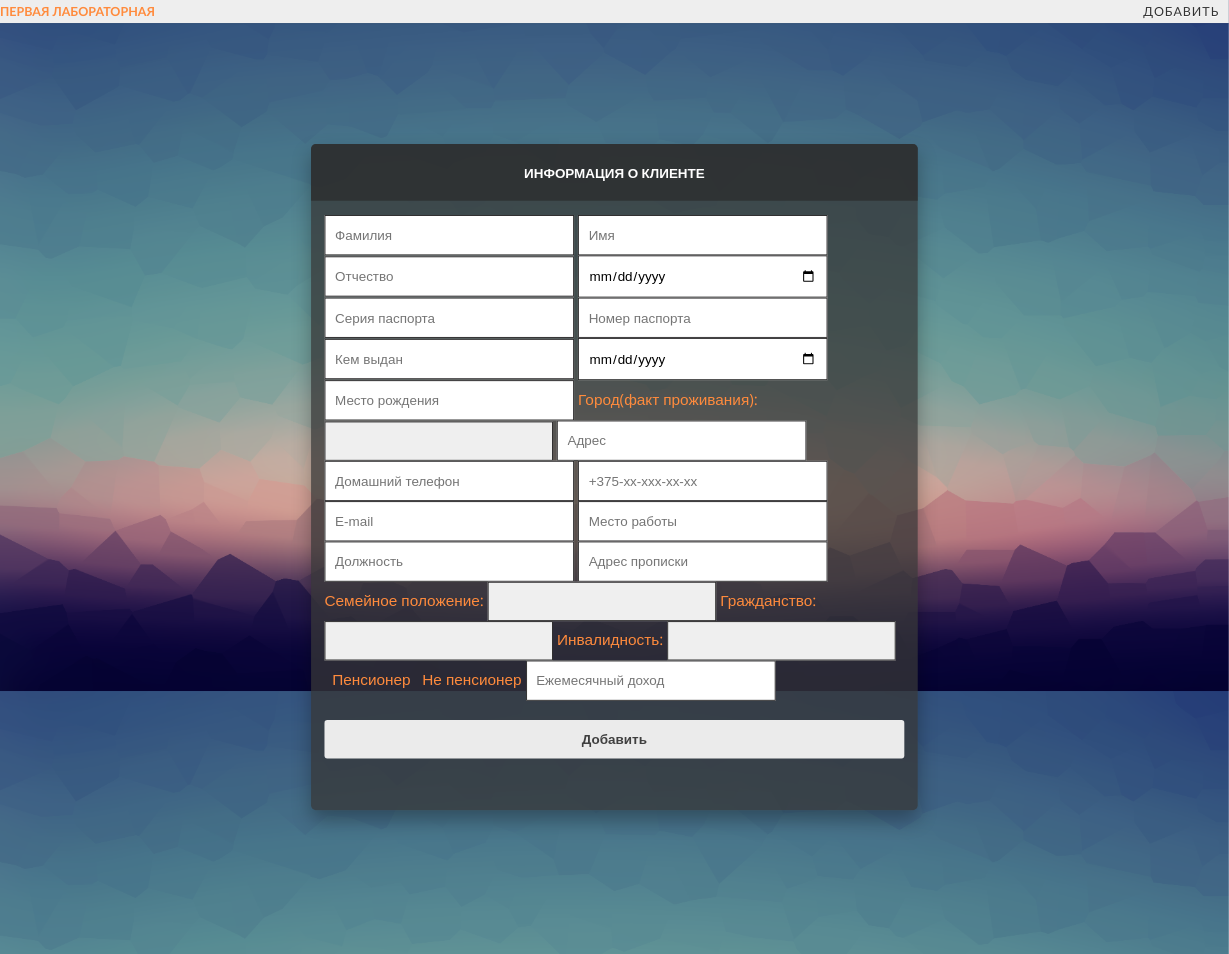
Repository: KosiloVeronika/workspace
Page: http://localhost/adbLab1/jsp/add_edit.jsp
An editor plug-in stored every save of this project. The page is shown before and after the next save, followed by the edit.
The browser window is 1280 px wide. The pictures show the whole page, at 96% of full size.
Backgrounds fixed to the window are drawn as part of the page. Some web libraries are served in a nearby version. The page is served by Tomcat 9. Other server files are loaded and not shown. The template is opened directly, without the code that normally fills it, so the values that code supplies are empty.

Above is the page before, as saved 2015-10-12 21:56:56.

### adbLab1/WebContent/jsp/add_edit.jsp
<%@ page language="java" contentType="text/html; charset=utf-8"
    pageEncoding="utf-8"%>
<%@ taglib prefix="c" uri="http://java.sun.com/jsp/jstl/core" %>
<!DOCTYPE html PUBLIC "-//W3C//DTD HTML 4.01 Transitional//EN" "http://www.w3.org/TR/html4/loose.dtd">
<html>
<head>
	<link href="<c:url value="/css/style.css" />" rel="stylesheet" media="screen" type="text/css" />
	<script type="text/javascript" src="http://ajax.googleapis.com/ajax/libs/jquery/1.4.2/jquery.min.js"></script>
	<script type="text/javascript" src="<c:url value="/js/validation.js"/>"></script>
	<link href='http://fonts.googleapis.com/css?family=Open+Sans:400,700' rel='stylesheet' type='text/css'>
	<meta http-equiv="Content-Type" content="text/html; charset=utf-8">
	<title>Добавить клиента</title>
</head>
<body>
	<c:import url="/jspf/header.jsp" />
    <div id="login-form">
      <h1>Информация о клиенте</h1>
        <fieldset>
            <form method="POST" action="${pageContext.servletContext.contextPath}/Controller">
	            <input type="hidden" name="command" value="add" />
	                <input type="text" required name="surname" placeholder="Фамилия"/>
	                <input type="text" required name="name" placeholder="Имя"/>
	                <input type="text" required name="second_name" placeholder="Отчество"/>
	                <input type="date" required name="date_of_birth" placeholder="Дата рождения"/>
	                <input type="text" required name="passport_series" placeholder="Серия паспорта">
	                <input type="number" required name="passport_number" placeholder="Номер паспорта">
	                <input type="text" required name="authority" placeholder="Кем выдан">
	                <input type="date" required name="date_of_issue" placeholder="Дата выдачи">
	                <input type="text" required name="birth_place" placeholder="Место рождения">
	                Город(факт проживания):
	                <select name="city">
	                	<c:forEach items = "${cityList }" var="city">
							<option value="${city.id }" label="${city.city }" />
						</c:forEach>
	                </select>
	                <input type="text" required name="address" placeholder="Адрес">
	                <input type="tel" name="home_telephone" pattern="2[0-9]{2}-[0-9]{2}-[0-9]{2}" placeholder="Домашний телефон">
	                <input type="tel" name="mobile_telephone" pattern="+375-[0-9]{2}-[0-9]{3}-[0-9]{2}-[0-9]{2}" placeholder="+375-xx-xxx-xx-xx">
	                <input type="email" name="mail" placeholder="E-mail">
	                <input type="text" required name="place_of_work" placeholder="Место работы">
	                <input type="text" required name="w_position" placeholder="Должность">
	                <input type="text" required name="registration_address" placeholder="Адрес прописки">
	                Семейное положение:
	                <select name="marital_status">
	                	<c:forEach items = "${martialList }" var="martial">
							<option value="${martial.id }" label="${martial.status }" />
						</c:forEach>
	                </select>
	                Гражданство:
	                <select name="citizenship">
	                	<c:forEach items = "${citizenshipList }" var="ctzn">
							<option value="${ctzn.id }" label="${ctzn.citizenship }" />
						</c:forEach>
	                </select>
	                Инвалидность:
	                <select name="disability">
	                	<c:forEach items = "${disabilityList }" var="dsblt">
							<option value="${dsblt.id }" label="${dsblt.disability }" />
						</c:forEach>
	                </select>
					<input type="radio" name="pensioner" value="YES" />Пенсионер
	            	<input type="radio" name="pensioner" value="NO" />Не пенсионер
	                <input type="text" required name="monthly_income" placeholder="Ежемесячный доход">

	                <input type="submit" value="Добавить">
	                <br/>
					${errorLoginPassMessage}
				<br/>
					${wrongAction}
				<br/>
            </form>
        </fieldset>
    </div>
	<c:import url="/jspf/footer.jsp" />
</body>
</html>

### adbLab1/WebContent/jspf/header.jsp
<%@ page language="java" contentType="text/html; charset=UTF-8"
    pageEncoding="UTF-8"%>
<!DOCTYPE html PUBLIC "-//W3C//DTD HTML 4.01 Transitional//EN" "http://www.w3.org/TR/html4/loose.dtd">
<html>
<head>
	<meta http-equiv="Content-Type" content="text/html; charset=UTF-8">
</head>
<body>
	<header>
	    <div class="vladmaxi-top">
	    <strong>Первая лабораторная</strong>
	        <span class="right">
	        	<a href="${pageContext.servletContext.contextPath}/Controller?command=add_page"> Добавить</a>
	        </span>
	    <div class="clr"></div>
	    </div>
	</header>
</body>
</html>

### adbLab1/WebContent/jspf/footer.jsp
<%@ page language="java" contentType="text/html; charset=ISO-8859-1"
    pageEncoding="ISO-8859-1"%>
<!DOCTYPE html PUBLIC "-//W3C//DTD HTML 4.01 Transitional//EN" "http://www.w3.org/TR/html4/loose.dtd">
<html>
<head>
<meta http-equiv="Content-Type" content="text/html; charset=ISO-8859-1">
<title>Insert title here</title>
</head>
<body>
	<footer>

	</footer>
</body>
</html>

### adbLab1/WebContent/css/style.css
@charset "utf-8";

html {
  background: url(../images/1.png) no-repeat center center fixed;
  -webkit-background-size: cover;
  -moz-background-size: cover;
  -o-background-size: cover;
  background-size: cover;
}

body {
	color: #ff8b3d;
  	font-family: 'Open Sans', sans-serif;
	font-size: 16px;

}

table {
	margin: 150px auto;
	background-color: RGBA(72,28,94,0.6);
	color: #ff8b3d;
  	font-family: 'Open Sans', sans-serif;
	font-size: 16px;
}

#login-form {
	background-color: rgba(54, 54, 54, 0.75);
	border-radius: 5px;
	-moz-border-radius: 5px;
	-webkit-border-radius: 5px;
	margin: 150px auto;
	width: 50%;
  font-family: 'Open Sans', sans-serif;
	font-size: 16px;
  -webkit-box-shadow:  0px 10px 20px 0px rgba(0, 0, 0, 0.3);
   box-shadow:  0px 10px 20px 0px rgba(0, 0, 0, 0.3);

}

#login-form h1 {
	background-color: rgba(41, 40, 41, 0.65);;
	border-radius: 5px 5px 0px 0px;
	-moz-border-radius: 5px 5px 0px 0px;
	-webkit-border-radius: 5px 5px 0px 0px;
	color: #fff;
	padding: 20px;
	text-align: center;
	text-transform: uppercase;
  font-family: 'Open Sans', sans-serif;
	font-size: 14px;
}

input:required:invalid {
	border:1px solid red;
}

#login-form fieldset {
	border: none;
}


#login-form fieldset form {

}

#login-form fieldset form input {
	font-family: Arial, Helvetica, sans-serif;
	font-size: 14px;
	outline: none;
	margin-left:10% auto;
	margin-right:10% auto%;
  -webkit-appearance:none;
}

#login-form fieldset form input[type="email"] {
	border: 1px solid #292829;
	padding: 12px 10px;
	width: 238px;
}

#login-form fieldset form input[type="text"] {
	border: 1px solid #292829;
	padding: 12px 10px;
	width: 238px;
  -webkit-appearance:none;
}

#login-form fieldset form input[type="password"] {
	border: 1px solid #292829;
	border-top: none;
	padding: 12px 10px;
	width: 238px;
  -webkit-appearance:none;
}
#login-form fieldset form input[type="date"] {
	border: 1px solid #292829;
	padding: 12px 10px;
	width: 238px;
  -webkit-appearance:none;
}
#login-form fieldset form input[type="tel"] {
	border: 1px solid #292829;
	padding: 12px 10px;
	width: 238px;
  -webkit-appearance:none;
}
#login-form fieldset form input[type="number"] {
	border: 1px solid #292829;
	padding: 12px 10px;
	width: 238px;
  -webkit-appearance:none;
}
input[type="radio"] {
}
#login-form fieldset form input[type="submit"] {
	background-color: #ebebeb;
	border: none;
	border-radius: 3px;
	-moz-border-radius: 3px;
	-webkit-border-radius: 3px;
	color: #404040;
	cursor: pointer;
	float: none;
	font-weight: bold;
	margin-top: 20px;
	padding: 12px 12px;
  -webkit-appearance: none;
}
input[type="submit"] {
	background-color: #ebebeb;
	border: none;
	border-radius: 3px;
	-moz-border-radius: 3px;
	-webkit-border-radius: 3px;
	color: #404040;
	cursor: pointer;
	float: none;
	font-weight: bold;
	width: 100%;
  -webkit-appearance: none;
}

#login-form fieldset form select {
	border: 1px solid #292829;
	padding: 12px 10px;
	width: 238px;
  -webkit-appearance:none;
}

#login-form fieldset form select option{
	border: 1px solid #292829;
	padding: 12px 10px;
	width: 238px;
  -webkit-appearance:none;
}

input[type="submit"]:hover {
	background-color: #e0e0e0;
}

#login-form fieldset form input[type="reset"] {
	background-color: #ebebeb;
	border: none;
	border-radius: 3px;
	-moz-border-radius: 3px;
	-webkit-border-radius: 3px;
	color: #404040;
	cursor: pointer;
	float: none;
	font-weight: bold;
	margin-top: 20px;
	padding: 12px 12px;
  -webkit-appearance: none;
}
#login-form fieldset form input[type="submit"]:hover {
	background-color: #e0e0e0;
}

#login-form fieldset form span:before {
	background-color: #c9c9c9;
	border-radius: 50%;
	-moz-border-radius: 50%;
	-webkit-border-radius: 50%;
	content: "?";
	display: inline-block;
	height: 20px;
	line-height: 20px;
	margin-right: 10px;
	text-align: center;
	width: 20px;
}

#login-form fieldset form span {
	font-size: 12px;
	margin-top: 40px;
}

#login-form fieldset form span a{
	color: #eb6d1a;
	text-decoration: none;
}

#login-form fieldset form span a:hover {
	color: #eb6d1a;
}

/* ����� ���� vladmaxi, ����� ������� */
.vladmaxi-top{
	line-height: 24px;
	font-size: 11px;
	background: #eee;
	text-transform: uppercase;
	z-index: 9999;
	position: fixed;
	top:0;
	left:0;
	width:100%;
	font-family: calibri;
	font-size: 13px;
	box-shadow: 1px 0px 2px rgba(0,0,0,0.2);
	-webkit-animation: slideOut 0.5s ease-in-out 0.3s backwards;
}
@-webkit-keyframes slideOut{
	0%{top:-30px; opacity: 0;}
	100%{top:0px; opacity: 1;}
}

.vladmaxi-top a{
	padding: 0px 10px;
	letter-spacing: 1px;
	color: #333;
	text-shadow: 0px 1px 1px #fff;
	display: block;
	float: left;
	text-decoration:none;
}
.vladmaxi-top a:hover{
	background: #fff;
}
.vladmaxi-top span.right{
	float: right;
}
.vladmaxi-top span.right a{
	float: left;
	display: block;
}

### adbLab1/WebContent/js/validation.js
window.onload = function(e) {
	var loginField = $('[name=login]').first();
	var passwordField = $('[name=password]').first();
	console.log('keyup3');
	loginField.keyup(function(e) {
		var loginField = $('[name=login]').first();
		var loginValue = loginField.val();
		var pattern = /^[a-zA-Z][a-zA-Z0-9-_\\.]{1,20}$/;
		if(loginValue && pattern.test(loginValue)) {
			loginField.attr('style', 'background:green');
		} else {
			loginField.attr('style', 'background:red');
		}
	});
	passwordField.keyup(function(e) {
		var passwordField = $('[name=password]').first();
		var passwordValue = passwordField.val();
		var pattern = /^((?=.*\d))(?=.*[A-Z])(?=.*[a-z])\w{8,30}$/;
		if(passwordValue && pattern.test(passwordValue)) {
			passwordField.attr('style', 'background:green');
		} else {
			passwordField.attr('style', 'background:red');
		}
	});
	console.log(loginField.change);
}

After the next save:
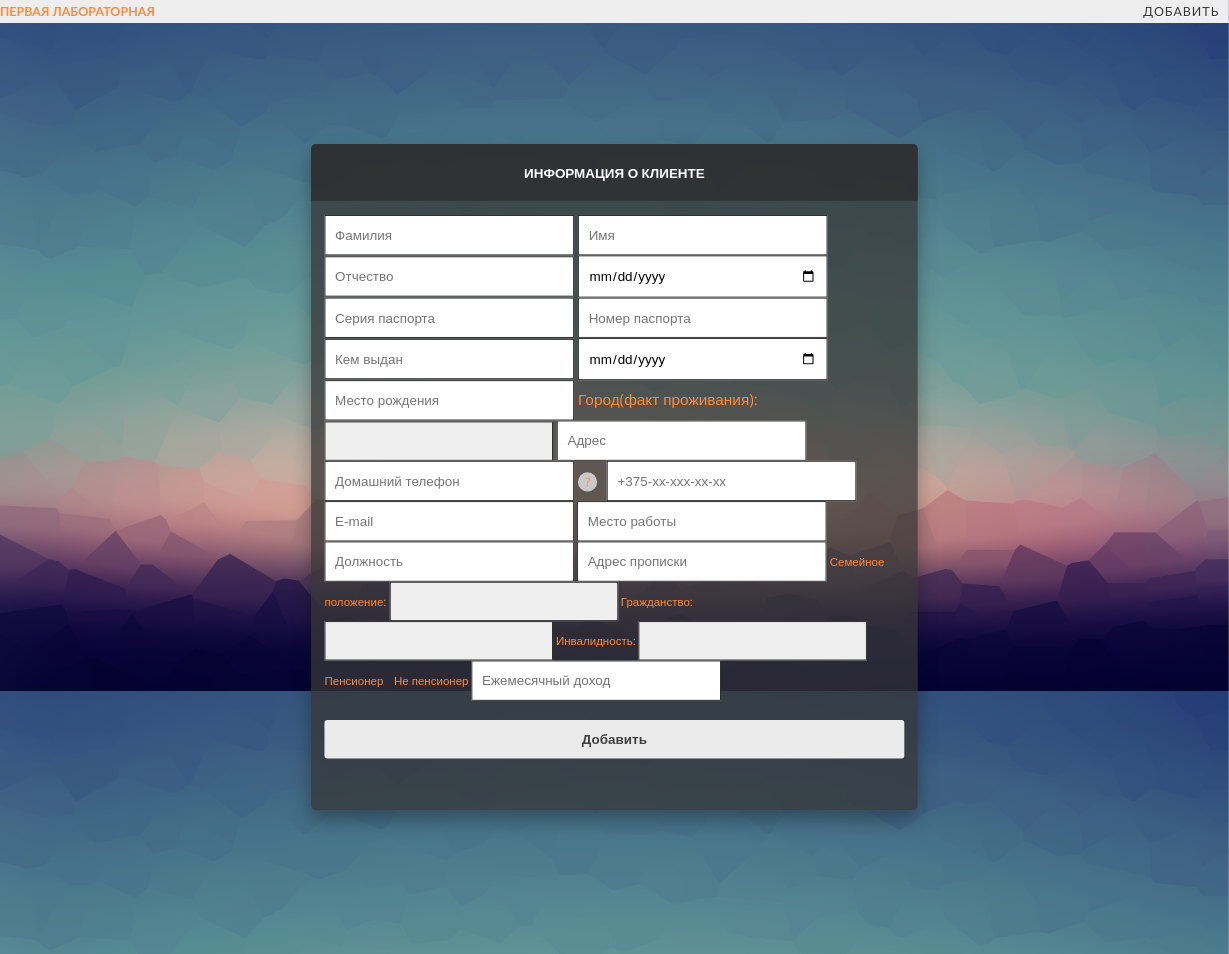
Saved 2 min 1 s later.
--- a/adbLab1/WebContent/jsp/add_edit.jsp
+++ b/adbLab1/WebContent/jsp/add_edit.jsp
@@ -35,7 +35,7 @@
 	                </select>
 	                <input type="text" required name="address" placeholder="Адрес">
 	                <input type="tel" name="home_telephone" pattern="2[0-9]{2}-[0-9]{2}-[0-9]{2}" placeholder="Домашний телефон">
-	                <input type="tel" name="mobile_telephone" pattern="+375-[0-9]{2}-[0-9]{3}-[0-9]{2}-[0-9]{2}" placeholder="+375-xx-xxx-xx-xx">
+	                <span class="right"><input type="tel" name="mobile_telephone" pattern="+375-[0-9]{2}-[0-9]{3}-[0-9]{2}-[0-9]{2}" placeholder="+375-xx-xxx-xx-xx">
 	                <input type="email" name="mail" placeholder="E-mail">
 	                <input type="text" required name="place_of_work" placeholder="Место работы">
 	                <input type="text" required name="w_position" placeholder="Должность">
@@ -61,7 +61,7 @@
 					<input type="radio" name="pensioner" value="YES" />Пенсионер
 	            	<input type="radio" name="pensioner" value="NO" />Не пенсионер
 	                <input type="text" required name="monthly_income" placeholder="Ежемесячный доход">
-
+	                </span>
 	                <input type="submit" value="Добавить">
 	                <br/>
 					${errorLoginPassMessage}
